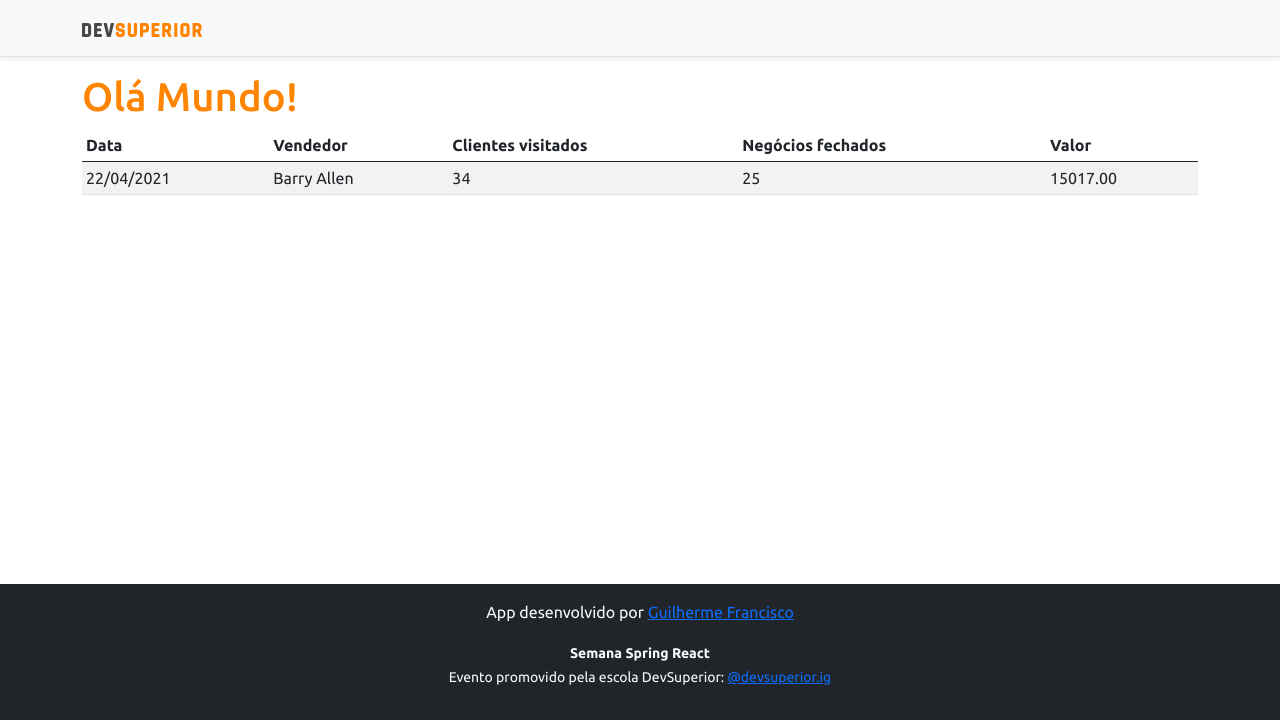
Repository: GuilhermeFrancisc0/projeto-react_spring
Page: / (app in frontend/)
These files come from the project's save history. The page is drawn as it stood at one moment and after the next save; the edit follows.
The browser window is 1280 px wide. The pictures show the whole page.
The project was rebuilt for these pictures with package versions that can differ from the ones it lists, and the page was loaded fresh each time.

Above is the page before, as saved 2021-05-30 16:22:32.

### frontend/public/index.html
<!DOCTYPE html>
<html lang="en">
  <head>
    <meta charset="utf-8" />
    <link rel="icon" href="%PUBLIC_URL%/favicon.ico" />
    <meta name="viewport" content="width=device-width, initial-scale=1" />
    <meta name="theme-color" content="#000000" />
    <meta
      name="description"
      content="App feito para exercitar conceitos de React e Spring"
    />
    <title>DSVendas</title>
  </head>
  <body>
    <noscript>You need to enable JavaScript to run this app.</noscript>
    <div id="root"></div>
  </body>
</html>

### frontend/src/App.tsx
import DataTable from 'components/DataTable';
import Footer from 'components/Footer';
import NavBar from './components/NavBar';

function App() {
  return (
    <>
    <NavBar/>
    <div className="container">
      <h1 className="text-primary">Olá Mundo!</h1>

      <DataTable/>
    </div>
    <Footer/>
    </>
  );
}

export default App;

### frontend/src/components/DataTable/index.tsx
const DataTable = () => {
    return (
<div className="table-responsive">
    <table className="table table-striped table-sm">
        <thead>
            <tr>
                <th>Data</th>
                <th>Vendedor</th>
                <th>Clientes visitados</th>
                <th>Negócios fechados</th>
                <th>Valor</th>
            </tr>
        </thead>
        <tbody>
            <tr>
                <td>22/04/2021</td>
                <td>Barry Allen</td>
                <td>34</td>
                <td>25</td>
                <td>15017.00</td>
            </tr>
        </tbody>
    </table>
</div>
    );
  };
  export default DataTable;

### frontend/src/components/Footer/index.tsx
const Footer = () => {
  return (
    <footer className="footer mt-auto py-3 bg-dark">
      <div className="container">
        <p className="text-light">
          App desenvolvido por{" "}
          <a
            href="https://github.com/GuilhermeFrancisc0"
            target="_blank"
            rel="noreferrer"
          >
            Guilherme Francisco
          </a>
        </p>
        <p className="text-light">
          <small>
            <strong>Semana Spring React</strong>
            <br />
            Evento promovido pela escola DevSuperior:{" "}
            <a
              href="https://instagram.com/devsuperior.ig"
              target="_blank"
              rel="noreferrer"
            >
              @devsuperior.ig
            </a>
          </small>
        </p>
      </div>
    </footer>
  );
};
export default Footer;

### frontend/src/components/NavBar/index.tsx
import ImgDsDark from "assets/img/ds-dark.svg";

const NavBar = () => {
  return (
    <div className="d-flex flex-column flex-md-row align-items-center p-3 px-md-4 mb-3 bg-light border-bottom shadow-sm">
      <div className="container">
        <nav className="my-2 my-md-0 mr-md-3">
          <img src={ImgDsDark} alt="DevSuperior" width="120" />
        </nav>
      </div>
    </div>
  );
};
export default NavBar;

Loaded but not shown: frontend/src/index.tsx (common file); frontend/src/assets/css/styles.css (common file)

After the next save:
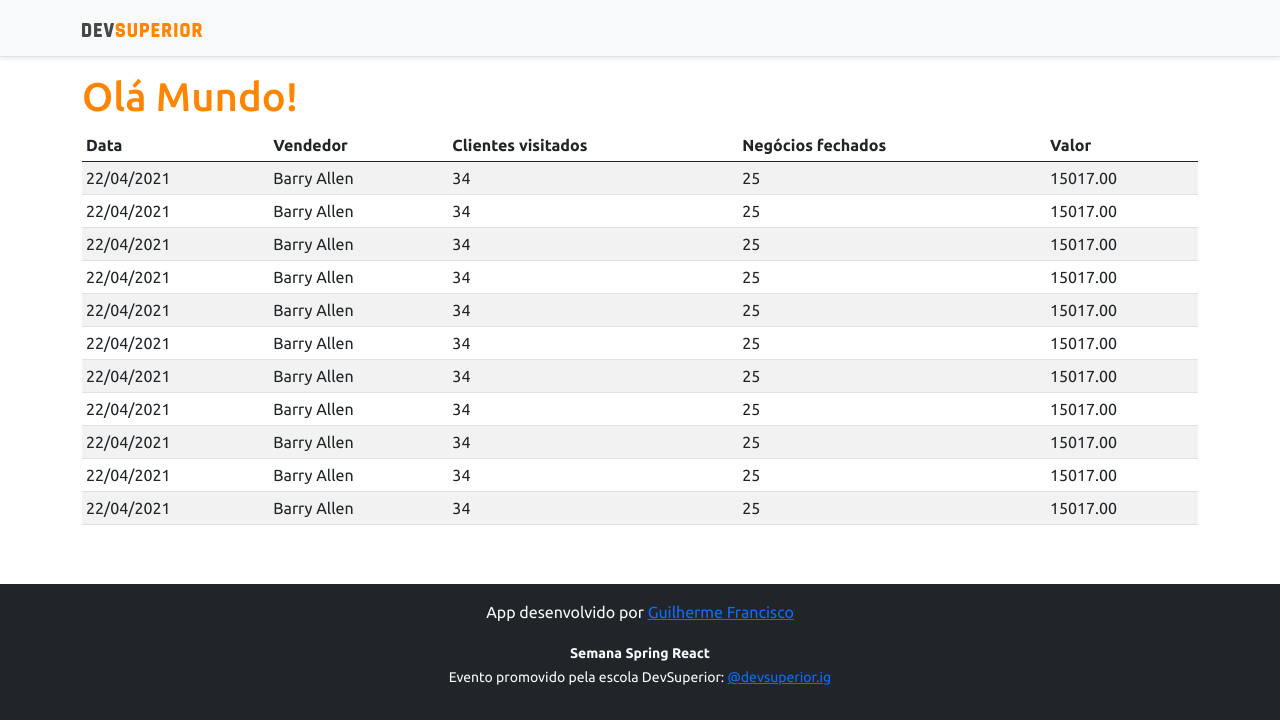
Saved 20 s later.
--- a/frontend/src/components/DataTable/index.tsx
+++ b/frontend/src/components/DataTable/index.tsx
@@ -1,27 +1,97 @@
 const DataTable = () => {
-    return (
-<div className="table-responsive">
-    <table className="table table-striped table-sm">
+  return (
+    <div className="table-responsive">
+      <table className="table table-striped table-sm">
         <thead>
-            <tr>
-                <th>Data</th>
-                <th>Vendedor</th>
-                <th>Clientes visitados</th>
-                <th>Negócios fechados</th>
-                <th>Valor</th>
-            </tr>
+          <tr>
+            <th>Data</th>
+            <th>Vendedor</th>
+            <th>Clientes visitados</th>
+            <th>Negócios fechados</th>
+            <th>Valor</th>
+          </tr>
         </thead>
         <tbody>
-            <tr>
-                <td>22/04/2021</td>
-                <td>Barry Allen</td>
-                <td>34</td>
-                <td>25</td>
-                <td>15017.00</td>
-            </tr>
+          <tr>
+            <td>22/04/2021</td>
+            <td>Barry Allen</td>
+            <td>34</td>
+            <td>25</td>
+            <td>15017.00</td>
+          </tr>
+          <tr>
+            <td>22/04/2021</td>
+            <td>Barry Allen</td>
+            <td>34</td>
+            <td>25</td>
+            <td>15017.00</td>
+          </tr>
+          <tr>
+            <td>22/04/2021</td>
+            <td>Barry Allen</td>
+            <td>34</td>
+            <td>25</td>
+            <td>15017.00</td>
+          </tr>
+          <tr>
+            <td>22/04/2021</td>
+            <td>Barry Allen</td>
+            <td>34</td>
+            <td>25</td>
+            <td>15017.00</td>
+          </tr>
+          <tr>
+            <td>22/04/2021</td>
+            <td>Barry Allen</td>
+            <td>34</td>
+            <td>25</td>
+            <td>15017.00</td>
+          </tr>
+          <tr>
+            <td>22/04/2021</td>
+            <td>Barry Allen</td>
+            <td>34</td>
+            <td>25</td>
+            <td>15017.00</td>
+          </tr>
+          <tr>
+            <td>22/04/2021</td>
+            <td>Barry Allen</td>
+            <td>34</td>
+            <td>25</td>
+            <td>15017.00</td>
+          </tr>
+          <tr>
+            <td>22/04/2021</td>
+            <td>Barry Allen</td>
+            <td>34</td>
+            <td>25</td>
+            <td>15017.00</td>
+          </tr>
+          <tr>
+            <td>22/04/2021</td>
+            <td>Barry Allen</td>
+            <td>34</td>
+            <td>25</td>
+            <td>15017.00</td>
+          </tr>
+          <tr>
+            <td>22/04/2021</td>
+            <td>Barry Allen</td>
+            <td>34</td>
+            <td>25</td>
+            <td>15017.00</td>
+          </tr>
+          <tr>
+            <td>22/04/2021</td>
+            <td>Barry Allen</td>
+            <td>34</td>
+            <td>25</td>
+            <td>15017.00</td>
+          </tr>
         </tbody>
-    </table>
-</div>
-    );
-  };
-  export default DataTable;
+      </table>
+    </div>
+  );
+};
+export default DataTable;
